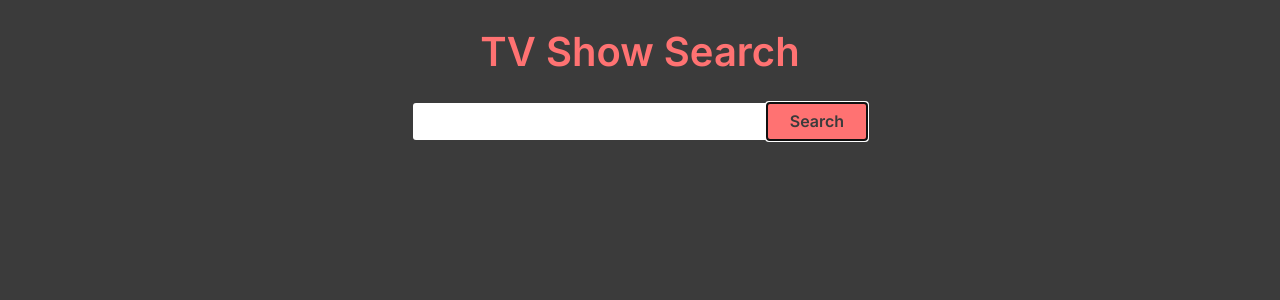
Repository: shayanabedi98/tv-search-react
Page: /
The author's editor kept a copy of each file at every save. The page is drawn from the files as they stood at one save, then again after the next save.
The browser window is 1280 px wide. The pictures show the whole page.
The first visible `.search button` has the focus.
The project was rebuilt for these pictures with package versions that can differ from the ones it lists, and the page was loaded fresh each time. Also part of the build but not shown: vite.config.js.

Above is the page before, as saved 2024-01-02 03:07:41.

### index.html
<!doctype html>
<html lang="en">
  <head>
    <meta charset="UTF-8" />
    <link rel="icon" type="image/svg+xml" href="https://www.svgrepo.com/show/503669/tv.svg" />
    <meta name="viewport" content="width=device-width, initial-scale=1.0" />
    <title>TV Show Search | React</title>
  </head>
  <body>
    <div id="root"></div>
    <script type="module" src="/src/main.jsx"></script>
  </body>
</html>

### src/App.jsx
import { useState } from "react";
import { v4 as uuid } from "uuid";
import List from "./List";
import Search from "./Search";

function App() {
  const [input, setInput] = useState();
  const [showList, setShowList] = useState([]);

  const fetchShow = async () => {
    try {
      if (input) {
        const response = await fetch(
          `https://api.tvmaze.com/search/shows?q=${input}`
        );
        const responseJson = await response.json();
        let newList = [];
        for (let i = 0; i < responseJson.length; i++) {
          if (responseJson[i].show.image) {
            newList.push({
              id: uuid(),
              name: responseJson[i].show.name,
              img: responseJson[i].show.image.medium,
              language: responseJson[i].show.language,
              rating: responseJson[i].show.rating.average,
            });
          }
        }
        setShowList(newList);
        console.log(responseJson);
      }
    } catch (err) {
      console.log(err);
    }
  };

  const handleChange = (e) => {
    setInput(e.target.value);
  };

  return (
    <div>
      <Search fetchShow={fetchShow} input={input} handleChange={handleChange} />
      <List showList={showList} />
    </div>
  );
}

export default App;

### src/index.css
@import url('https://fonts.googleapis.com/css2?family=Inter:wght@600&display=swap');

body {
  font-family: 'Inter', sans-serif;
  margin: 0;
  padding: 0;
  background-color: rgb(59, 59, 59);
  color: rgb(223, 223, 223);
}

.search {
  margin: 0 auto;
  text-align: center;
  width: 950px;
  display: grid;
  place-items: center;
}

.search-bar {
  display: flex;
  place-items: center;
}

.search h1 {
  font-size: 40px;
  color: rgb(255, 114, 114);
}

.search input {
  border: none;
  height: 35px;
  width: 350px;
  font-size: 26px;
  outline: none;
  color: rgb(104, 104, 104);
  font-weight: 700;
  border-radius: 3px 0 0 3px;
}

.search input:focus {
  outline: 2px grey solid;
}

.search button {
  height: 37px;
  padding: 1px 2px;
  width: 100px;
  font-family: 'Inter', sans-serif;
  border: none;
  background-color: rgb(255, 114, 114);
  color: rgb(59, 59, 59);;
  font-size: 16px;
  border-radius: 0 3px 3px 0;
  cursor: pointer;
}

### src/List.jsx
import React from "react";

const List = ({ showList }) => {
  return (
    <div className="list-container">
      <div className="list">
        {showList.length > 0 &&
          showList.map((show) => {
            return (
              <div className="card" key={show.id}>
                <h2>{show.name}</h2>
                <img src={show.img} alt={`cover photo of ${show.name}`} />
                <p>
                  <span>Language: </span>
                  {show.language}
                </p>
                <p>
                  {show.rating ? `Rating: ${show.rating}⭐` : "Rating: N/A"}
                </p>
              </div>
            );
          })}
      </div>
    </div>
  );
};

export default List;

### src/Search.jsx
import React from "react";

const Search = ({ fetchShow, input, handleChange }) => {
  return (
    <div className="search">
        <h1>TV Show Search</h1>
      <div className="search-bar">
        <input
          type="text"
          onKeyDown={(e) => e.key === "Enter" && fetchShow()}
          onChange={handleChange}
          value={input}
        />
        <button onClick={fetchShow}>Search</button>
      </div>
    </div>
  );
};

export default Search;

Loaded but not shown: src/main.jsx (common file)

After the next save:
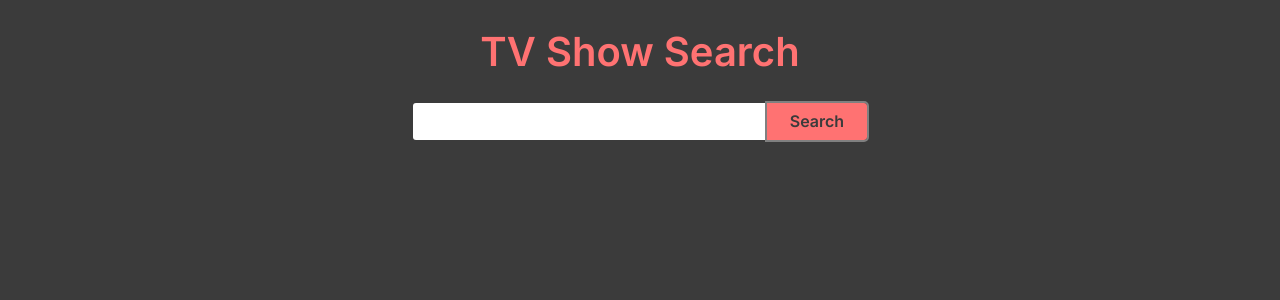
Saved 45 s later.
--- a/src/index.css
+++ b/src/index.css
@@ -53,3 +53,7 @@ body {
   border-radius: 0 3px 3px 0;
   cursor: pointer;
 }
+
+.search button:focus {
+  outline: 2px grey solid;
+}
